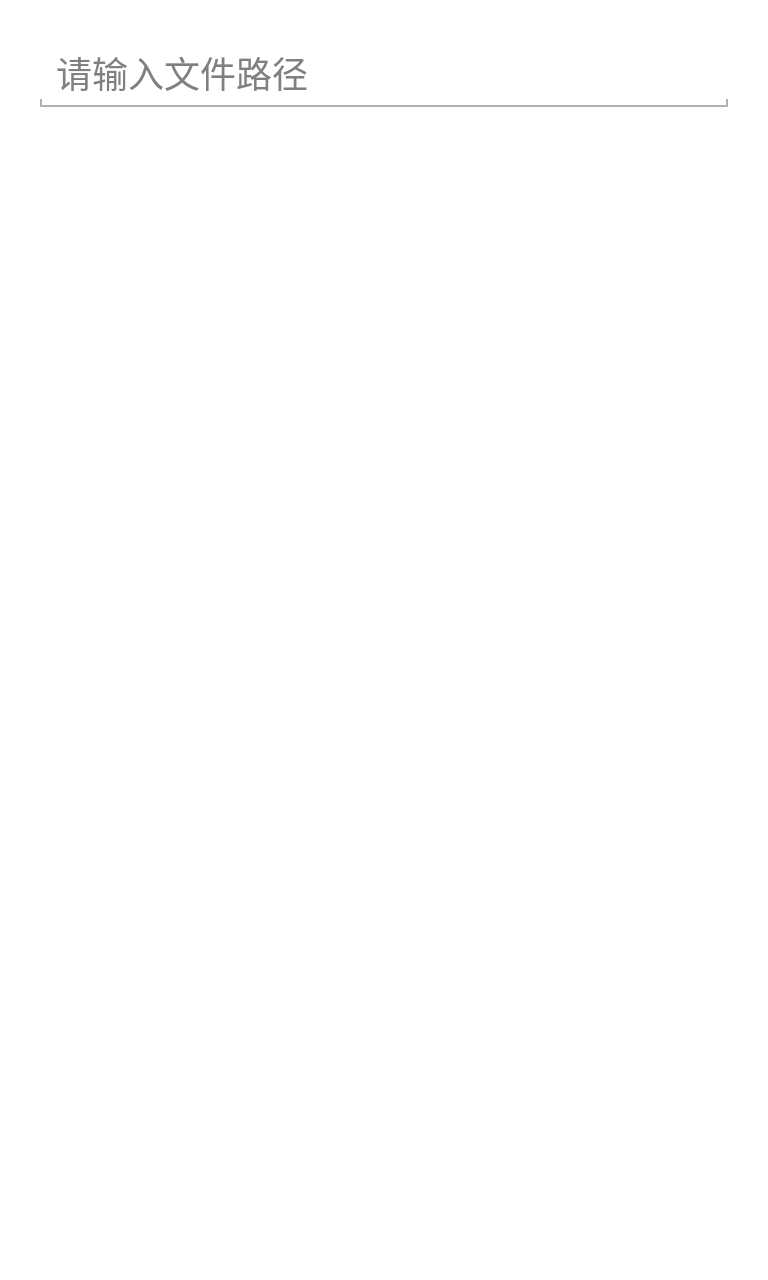
Repository: DongHuaLu/android
Layout: 20UploadFile/res/layout/activity_main.xml
These files come from the project's save history. The layout is drawn as it stood at one moment and after the next save; the edit follows.
It is drawn on a 768 x 1280 px phone screen (xhdpi) without system bars, with theme AppTheme; the app's code is not run.

Above is the layout before, as saved 2013-08-27 01:46:20.

After the next save:
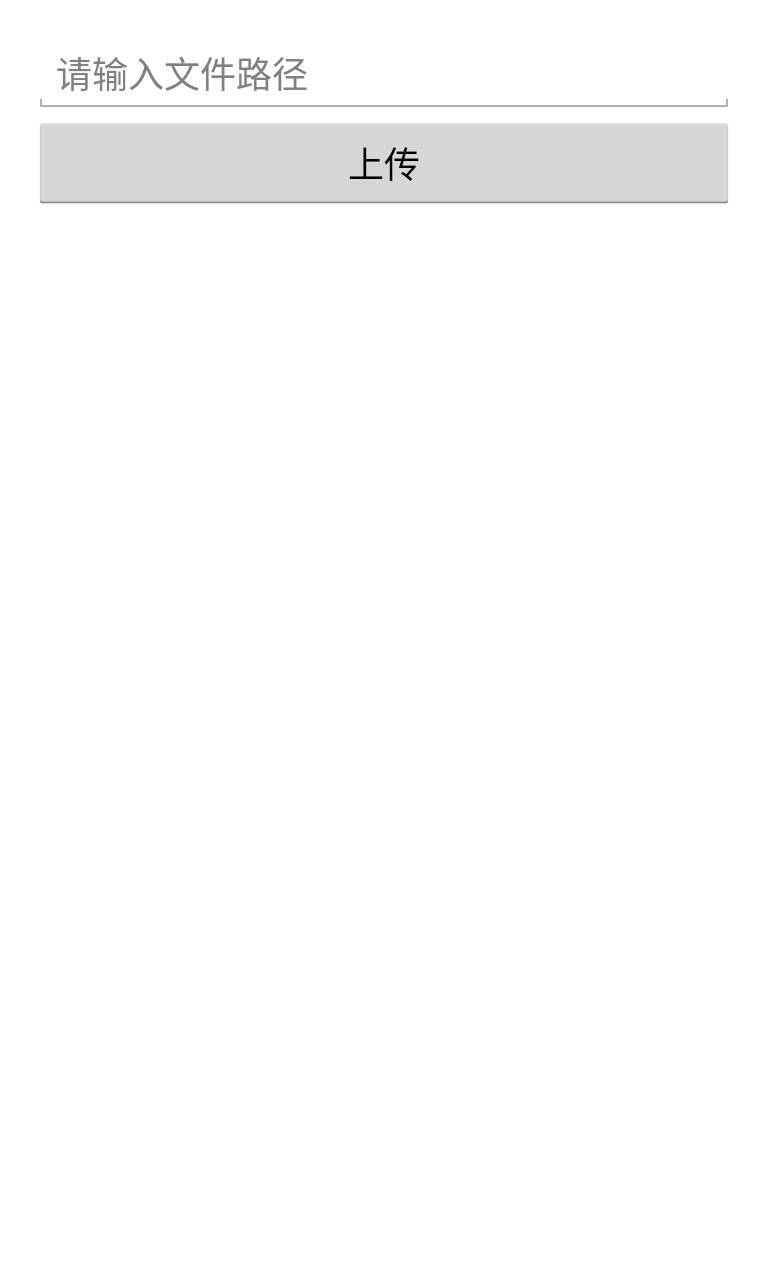
Saved 34 s later.
--- a/20UploadFile/res/layout/activity_main.xml
+++ b/20UploadFile/res/layout/activity_main.xml
@@ -2,17 +2,22 @@
     xmlns:tools="http://schemas.android.com/tools"
     android:layout_width="match_parent"
     android:layout_height="match_parent"
+    android:orientation="vertical"
     android:paddingBottom="@dimen/activity_vertical_margin"
     android:paddingLeft="@dimen/activity_horizontal_margin"
     android:paddingRight="@dimen/activity_horizontal_margin"
     android:paddingTop="@dimen/activity_vertical_margin"
-    android:orientation="vertical"
     tools:context=".MainActivity" >
 
     <EditText
-        android:hint="请输入文件路径"
         android:layout_width="fill_parent"
         android:layout_height="wrap_content"
-         />
+        android:hint="请输入文件路径" />
+
+    <Button
+        android:onClick="click"
+        android:layout_width="fill_parent"
+        android:layout_height="wrap_content"
+        android:text="上传"/>
 
 </LinearLayout>
